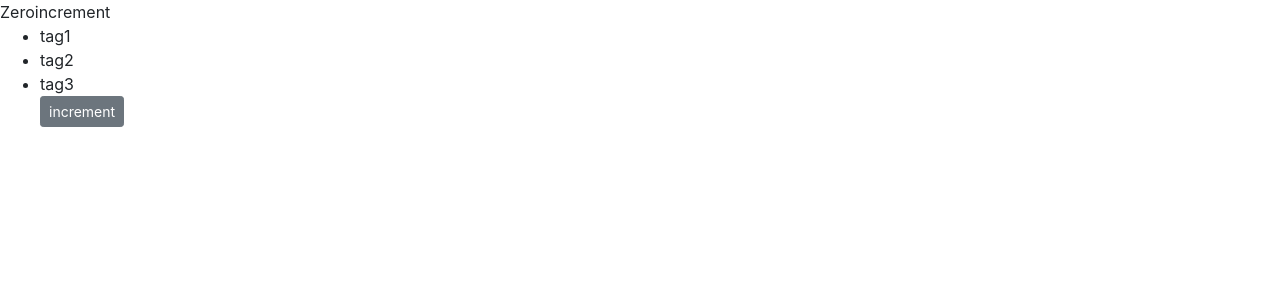
Repository: AvinashLikesToLearnNewStuff/Counter_app
Page: /
An editor plug-in stored every save of this project. The page is shown before and after the next save, followed by the edit.
The browser window is 1280 px wide. The pictures show the whole page.
The project was rebuilt for these pictures with package versions that can differ from the ones it lists, and the page was loaded fresh each time. Also part of the build but not shown: src/components/navbar.jsx, src/App.css, src/App.js. Imported but missing from the stored project, and not drawn on this page: src/components/counters.

Above is the page before, as saved 2023-02-28 13:08:10.

After the next save:
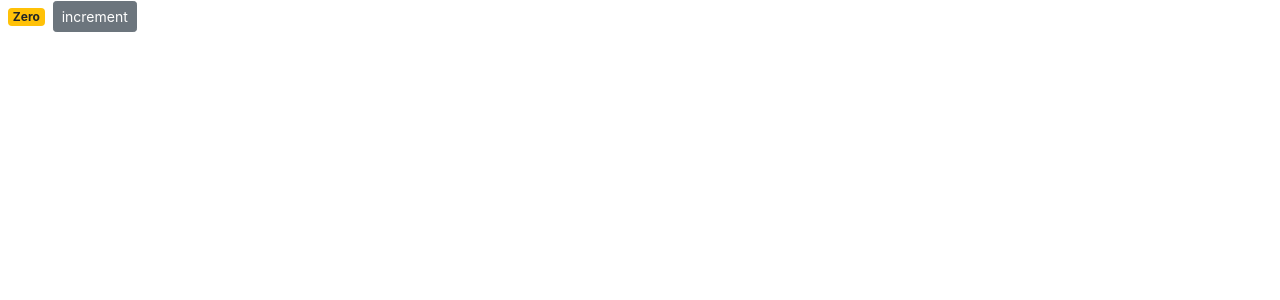
Saved 3 h 35 min later.
--- a/src/components/counter.jsx
+++ b/src/components/counter.jsx
@@ -5,30 +5,20 @@ class Counter extends Component {
     count: 0,
     tags: ["tag1", "tag2", "tag3"],
   };
-  constructor() {
-    super();
-    this.handleIncrement = this.handleIncrement.bind(this);
-  }
 
-  handleIncrement() {
+  handleIncrement = () => {
     console.log("increment clicked", this);
-  }
+  };
   render() {
     return (
       <div>
-        <span>{this.formatCount()}</span>
-        increment
-        <ul>
-          {this.state.tags.map((tag) => (
-            <li key={tag}>{tag}</li>
-          ))}
-          <button
-            onClick={this.handleIncrement}
-            className="btn btn-secondary btn-sm"
-          >
-            increment
-          </button>
-        </ul>
+        <span className={this.getBadgeClasses()}>{this.formatCount()}</span>
+        <button
+          onClick={this.handleIncrement}
+          className="btn btn-secondary btn-sm"
+        >
+          increment
+        </button>
       </div>
     );
   }
